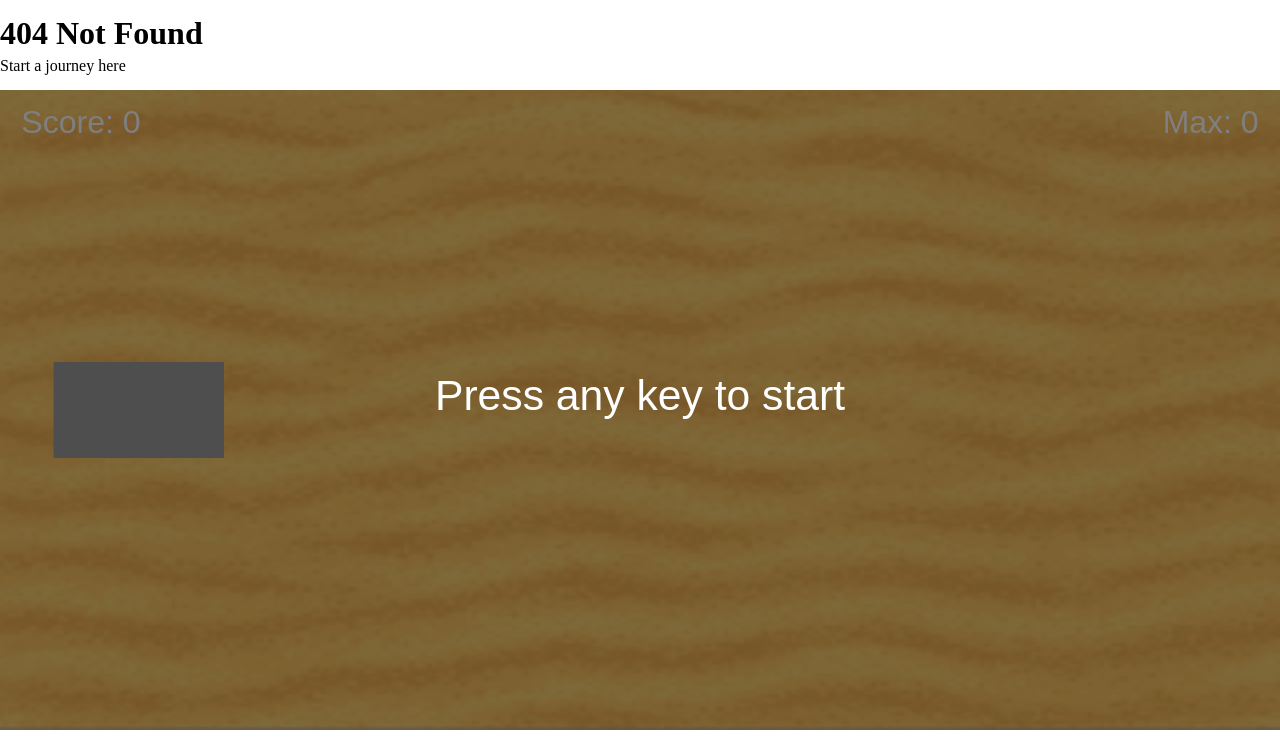
Repository: btgoo/game
Page: car.html
An editor plug-in stored every save of this project. The page is shown before and after a run of saves, followed by the edit.
The browser window is 1280 px wide. The pictures show the whole page.

Above is the page before, as saved 2025-10-26 02:25:08.

After the next 4 saves:
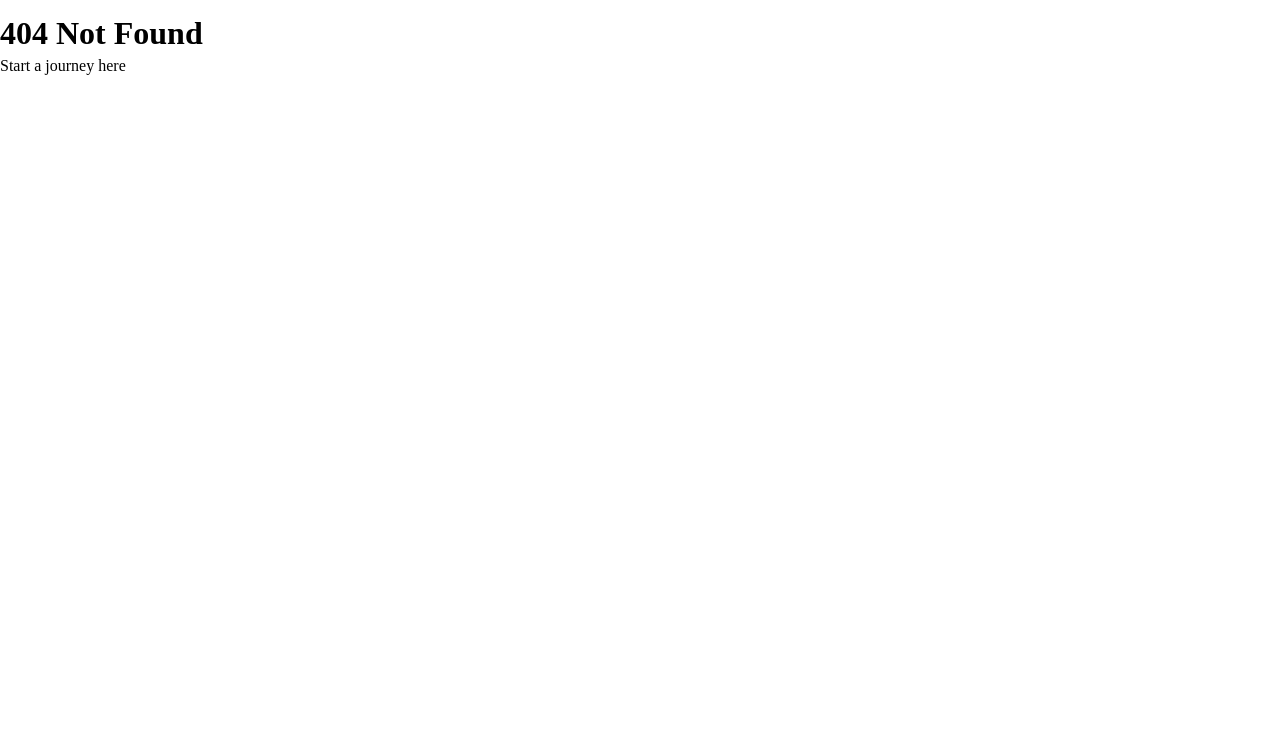
Console error: SyntaxError: Unexpected token ':'
The 4 saves are shown as one change because they came seconds apart.
The last was saved 12 s later.
--- a/carscript.js
+++ b/carscript.js
@@ -128,7 +128,7 @@
 
     ctx.fillStyle = "white";
     ctx.font = `${30 * scaleRatio}px Arial`;
-    ctx.font
+    ctx.font:bold;
     ctx.textAlign = "left";
     ctx.fillText(`Score: ${score}`, 20 * scaleRatio, 40 * scaleRatio);
 

After the save that followed:
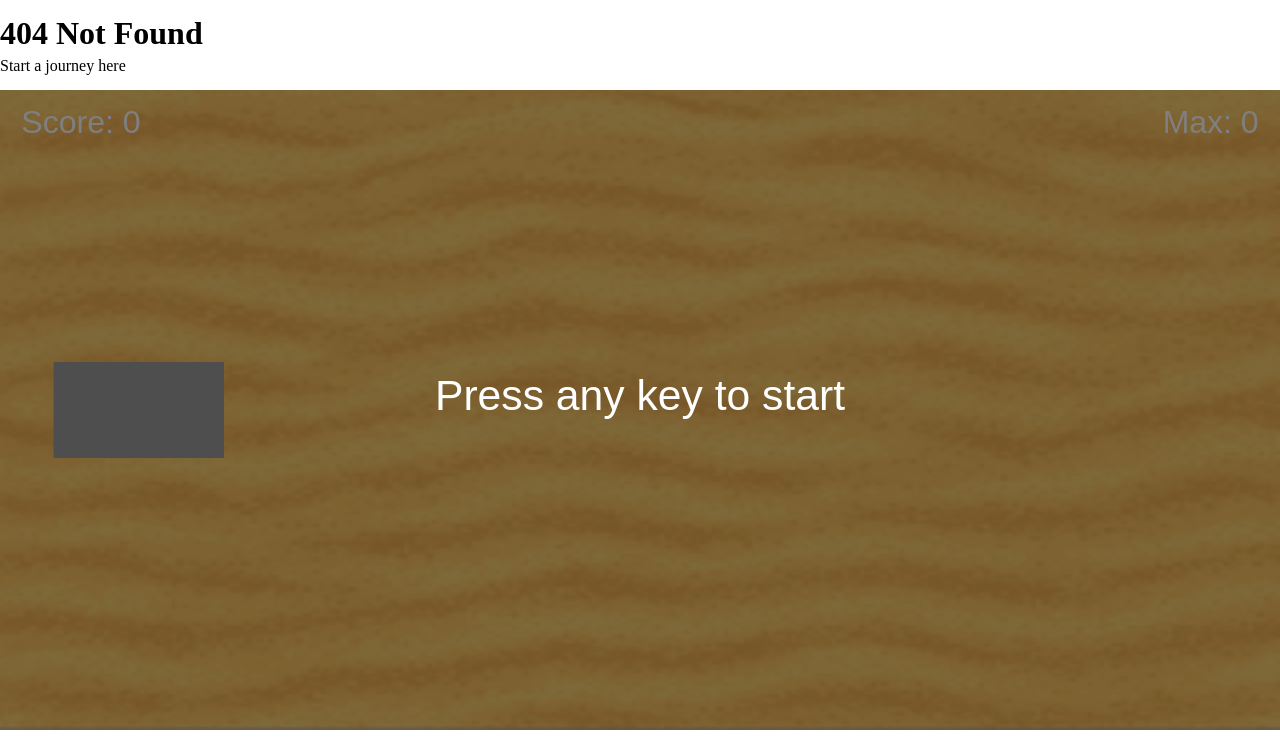
The error is gone.
Saved 4 s later.
--- a/carscript.js
+++ b/carscript.js
@@ -128,7 +128,6 @@
 
     ctx.fillStyle = "white";
     ctx.font = `${30 * scaleRatio}px Arial`;
-    ctx.font:bold;
     ctx.textAlign = "left";
     ctx.fillText(`Score: ${score}`, 20 * scaleRatio, 40 * scaleRatio);
 
